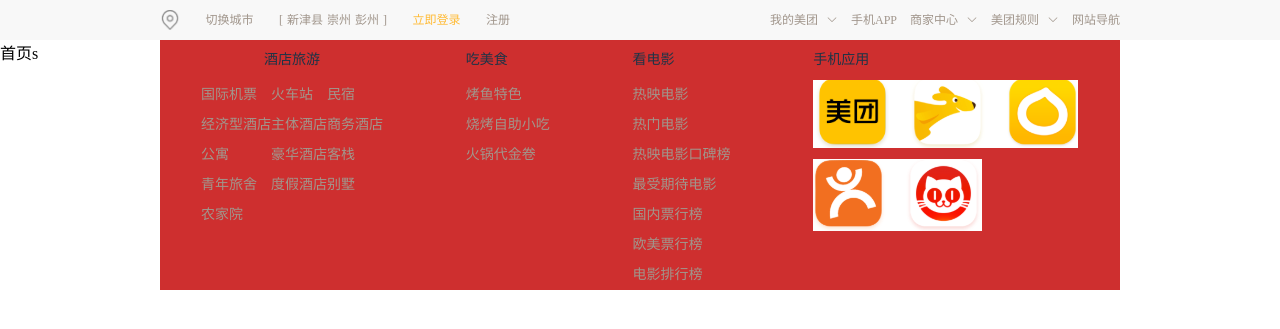
Repository: Wu-Tong-Xian/EasyMeituan
Page: /
These files come from the project's save history. The page is drawn as it stood at one moment and after the next save; the edit follows.
The browser window is 1280 px wide. The pictures show the whole page.
The page's requests for data from a server got no answer. The project was rebuilt for these pictures with package versions that can differ from the ones it lists, and the page was loaded fresh each time. No one was signed in, and anything a server would have sent is missing. Also part of the build but not shown: vue.config.js.

Above is the page before, as saved 2020-08-20 16:07:22.

After the next save:
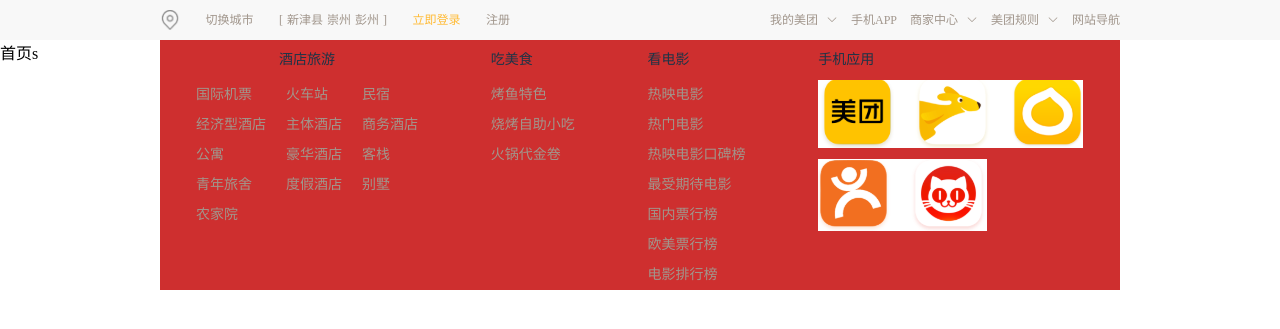
Saved 38 s later.
--- a/src/views/layout/layout.vue
+++ b/src/views/layout/layout.vue
@@ -78,7 +78,7 @@
                   <div>青年旅舍</div>
                   <div>农家院</div>
                 </div>
-                <div class="box1">
+                <div class="box1 mg-lr20">
                   <div>火车站</div>
                   <div>主体酒店</div>
                   <div>豪华酒店</div>
